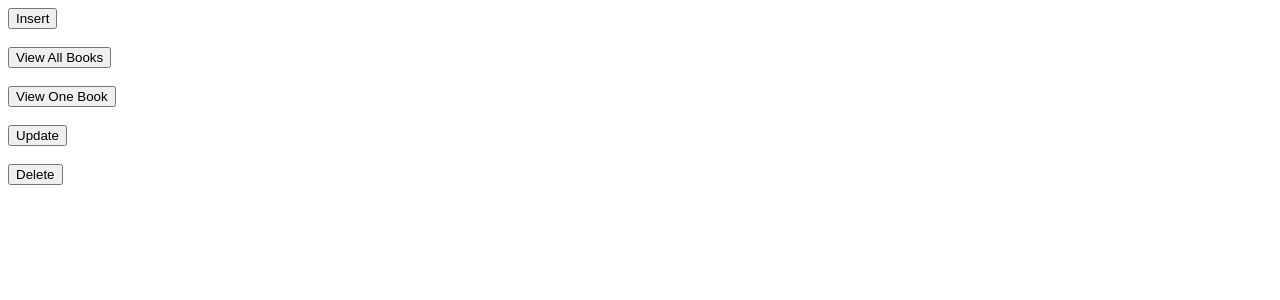
Repository: KoviAnusha/Typescript-files
Page: workspace-sts-3.9.9.RELEASE/BookHomeAssignment/WebContent/Index.html
These files come from the project's save history. The page is drawn as it stood at one moment and after the next save; the edit follows.
The browser window is 1280 px wide. The pictures show the whole page.

Above is the page before, as saved 2019-08-24 03:24:28.

### workspace-sts-3.9.9.RELEASE/BookHomeAssignment/WebContent/Index.html
<!DOCTYPE html>
<html>
<head>
<meta charset="ISO-8859-1">
<title>Insert title here</title>
</head>
<body>
<form>
<a href="InsertBooks.html"><button>Insert</button></a><br><br>
<a href="ViewAllBook.html"><button>View All Books</button></a><br><br>
<a href="ViewOneBook.html"><button>View One Book</button></a><br><br>
<a href="Update.html"><button>Update</button></a><br><br>
<a href="Delete.html"><button> Delete</button></a>
<br><br>
</form>
</body>
</html>

After the next save:
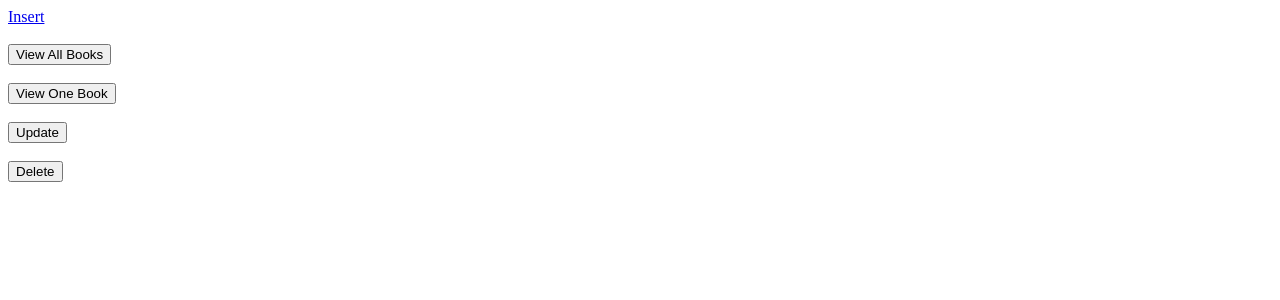
Saved 98 s later.
--- a/workspace-sts-3.9.9.RELEASE/BookHomeAssignment/WebContent/Index.html
+++ b/workspace-sts-3.9.9.RELEASE/BookHomeAssignment/WebContent/Index.html
@@ -6,7 +6,7 @@
 </head>
 <body>
 <form>
-<a href="InsertBooks.html"><button>Insert</button></a><br><br>
+<a href="InsertBooks.html">Insert</a><br><br>
 <a href="ViewAllBook.html"><button>View All Books</button></a><br><br>
 <a href="ViewOneBook.html"><button>View One Book</button></a><br><br>
 <a href="Update.html"><button>Update</button></a><br><br>

After the save that followed:
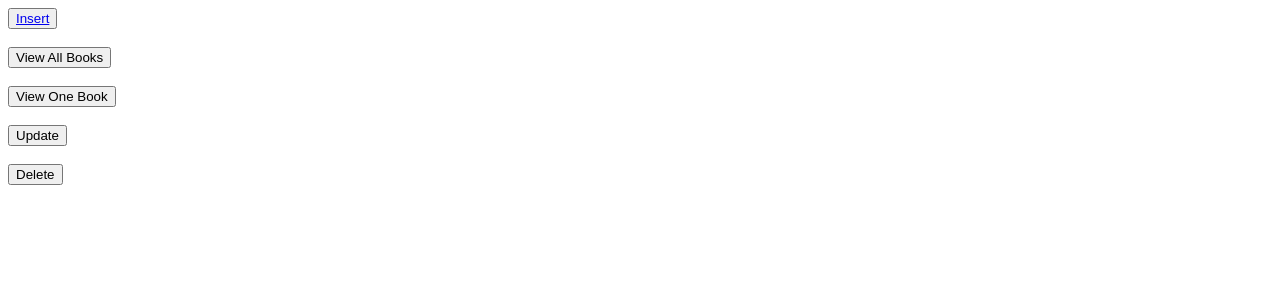
Saved 68 s later.
--- a/workspace-sts-3.9.9.RELEASE/BookHomeAssignment/WebContent/Index.html
+++ b/workspace-sts-3.9.9.RELEASE/BookHomeAssignment/WebContent/Index.html
@@ -6,7 +6,7 @@
 </head>
 <body>
 <form>
-<a href="InsertBooks.html">Insert</a><br><br>
+<button><a href="InsertBooks.html">Insert</a></button><br><br>
 <a href="ViewAllBook.html"><button>View All Books</button></a><br><br>
 <a href="ViewOneBook.html"><button>View One Book</button></a><br><br>
 <a href="Update.html"><button>Update</button></a><br><br>
